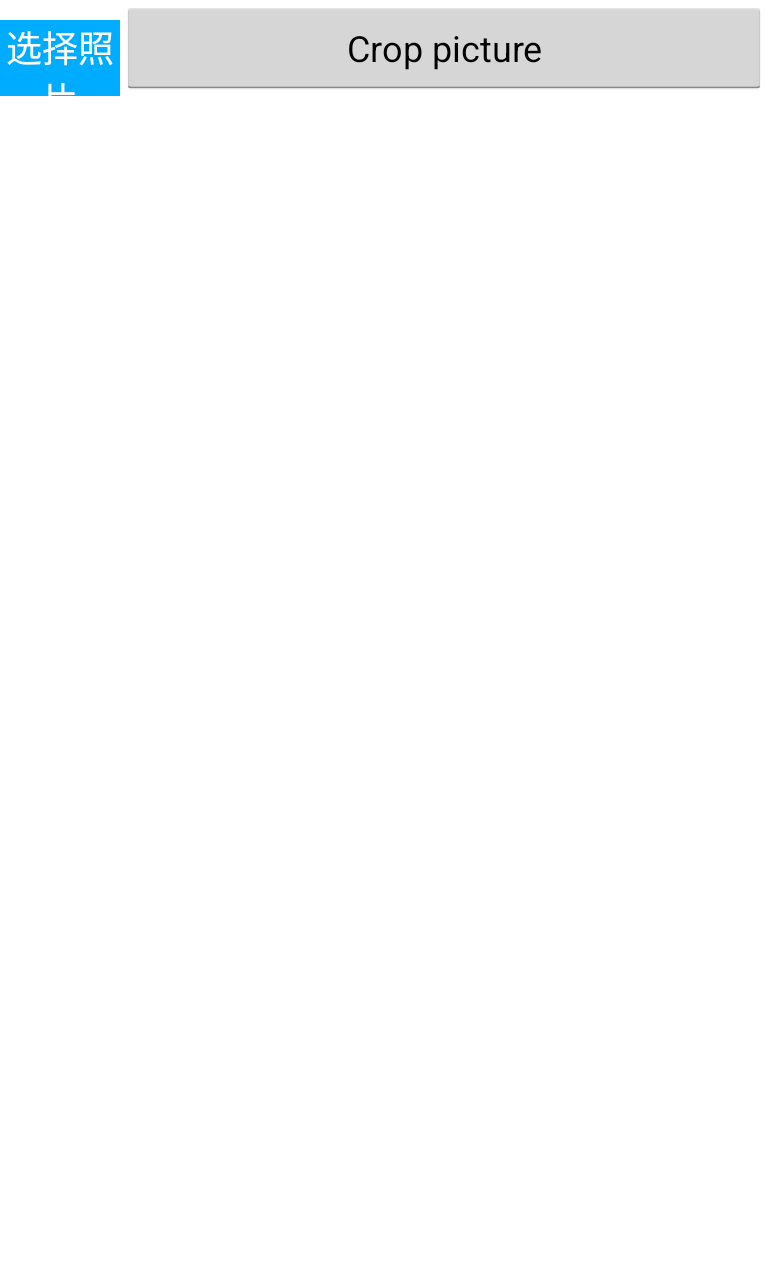
Repository: fanloveoupao/WecharTest
Layout: TestWechar/res/layout/choose_photo.xml
An editor plug-in stored every save of this project. The layout is shown before and after the next save, followed by the edit.
It is drawn on a 768 x 1280 px phone screen (xhdpi) without system bars, with theme AppTheme; the app's code is not run.

Above is the layout before, as saved 2015-10-09 07:42:13.

After the next save:
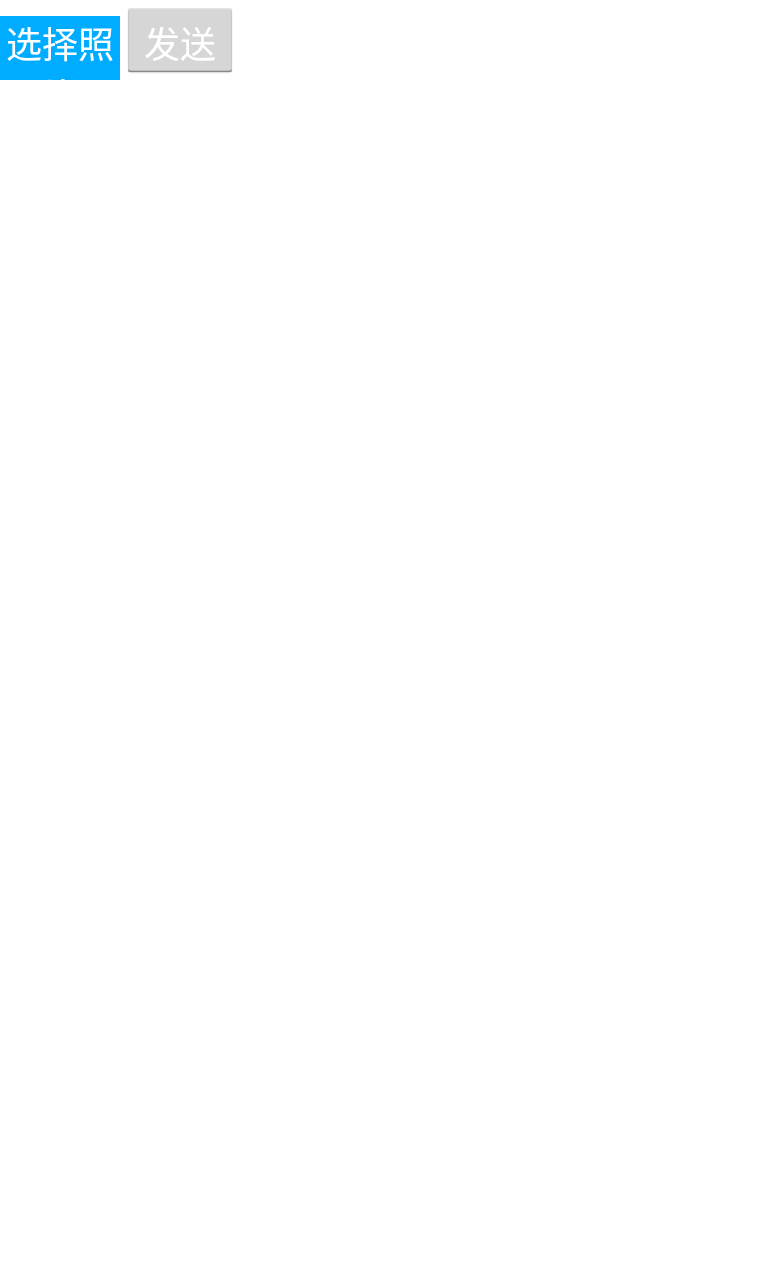
Saved 26 s later.
--- a/TestWechar/res/layout/choose_photo.xml
+++ b/TestWechar/res/layout/choose_photo.xml
@@ -19,11 +19,10 @@
 
         <Button
             android:id="@+id/btn_send"
-            android:layout_width="fill_parent"
-            android:layout_height="wrap_content"
-            android:layout_weight="1"
-            android:text="Crop picture"
-            android:visibility="visible" />
+            android:layout_width="60dp"
+            android:layout_height="40dp"
+            android:text="发送"
+            android:textColor="@color/white" />
     </LinearLayout>
 
     <ImageView
